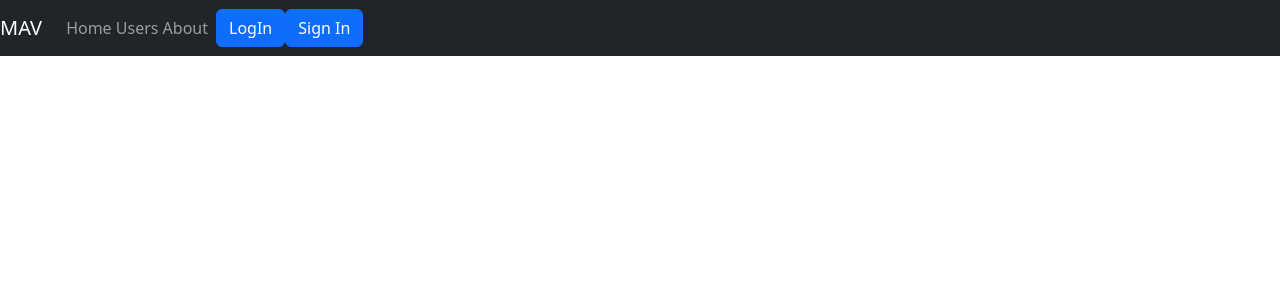
Repository: Dekabrist94/Bootstrap-First-Page
Page: /
The author's editor kept a copy of each file at every save. The page is drawn from the files as they stood at one save, then again after the next save.
The browser window is 1280 px wide. The pictures show the whole page.
The project was rebuilt for these pictures with package versions that can differ from the ones it lists, and the page was loaded fresh each time.

Above is the page before, as saved 2023-04-07 23:46:23.

After the next save:
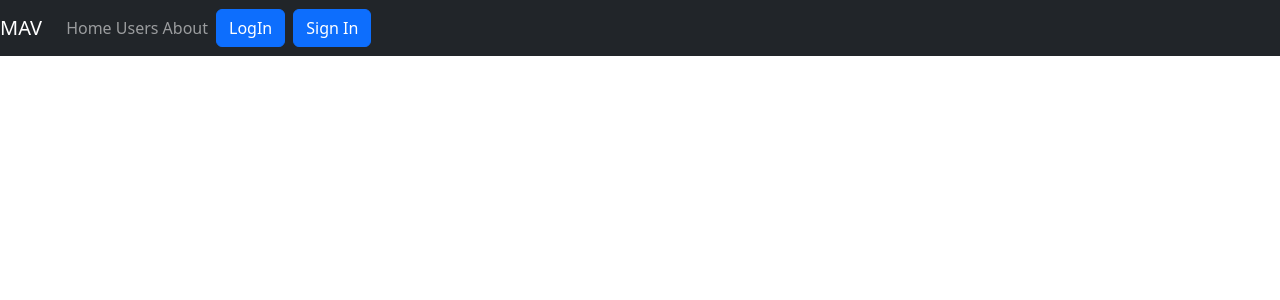
Saved 68 s later.
--- a/src/components/Navibar.js
+++ b/src/components/Navibar.js
@@ -13,7 +13,7 @@ export const Navibar = () => {
             <Nav.Link>Home Users About</Nav.Link>
           </Nav>
           <Nav>
-            <Button variant="primary" className="mr-2">
+            <Button variant="primary" className="me-2">
               LogIn
             </Button>
             <Button variant="primary">Sign In</Button>
